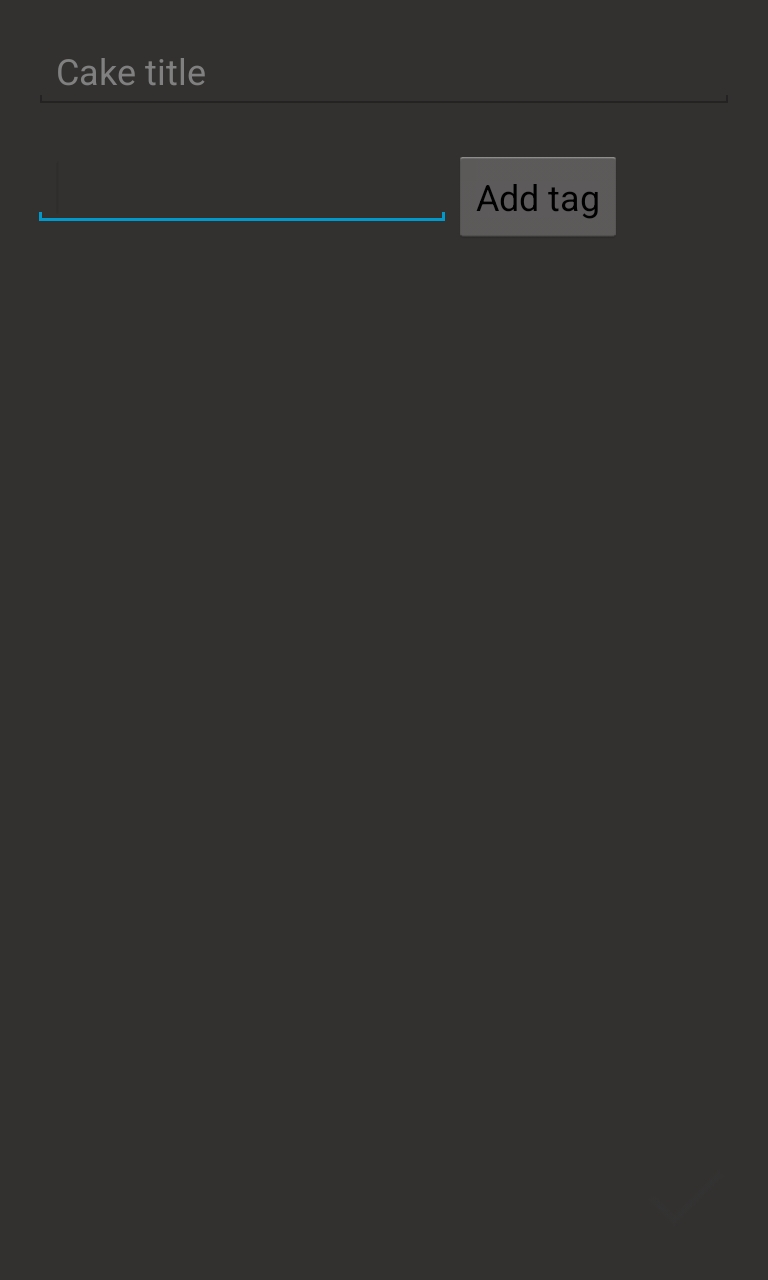
Repository: johnshaughnessy/onesec
Layout: OneSec-App/res/layout/activity_new_cake.xml
An editor plug-in stored every save of this project. The layout is shown before and after the next save, followed by the edit.
It is drawn on a 768 x 1280 px phone screen (xhdpi) without system bars, with theme RetroTheme; the app's code is not run.

Above is the layout before, as saved 2013-07-13 22:49:08.

After the next save:
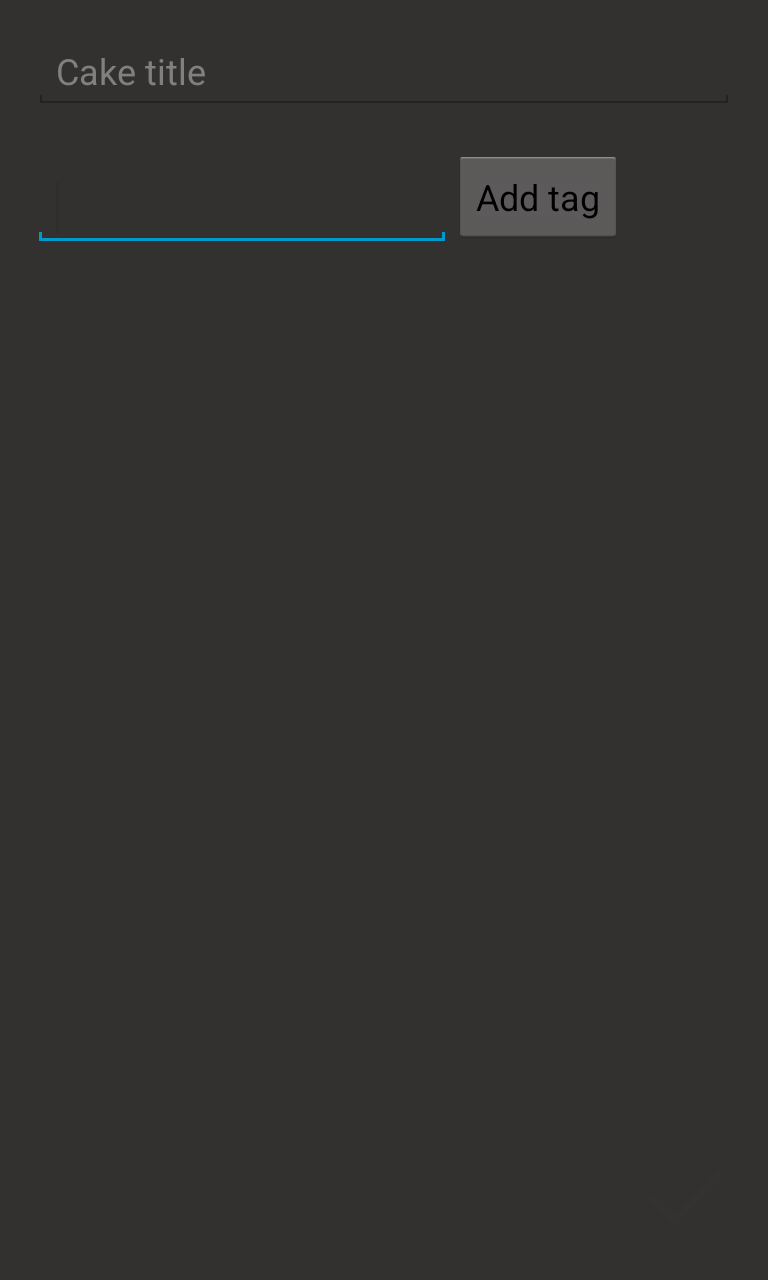
Saved 12 s later.
--- a/OneSec-App/res/layout/activity_new_cake.xml
+++ b/OneSec-App/res/layout/activity_new_cake.xml
@@ -46,7 +46,7 @@
         android:layout_width="wrap_content"
         android:layout_height="wrap_content"
         android:layout_alignLeft="@+id/title"
-        android:layout_below="@+id/date"
+        android:layout_below="@id/thumbnail"
         android:maxLines="1"
         android:inputType="text"
         android:ems="10" >
